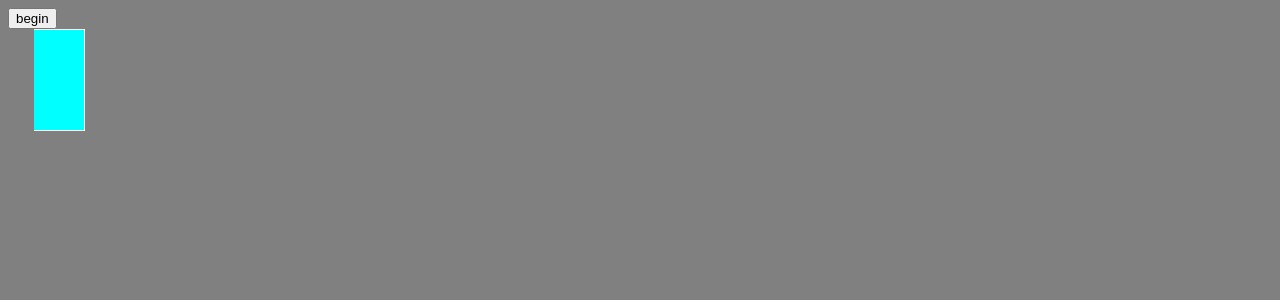
Repository: albinsabu2023/Stopwatch-program
Page: index.html
An editor plug-in stored every save of this project. The page is shown before and after the next save, followed by the edit.
The browser window is 1280 px wide. The pictures show the whole page.
After loading, the first visible `#button` was clicked once.

Above is the page before, as saved 2023-03-03 19:49:46.

After the next save:
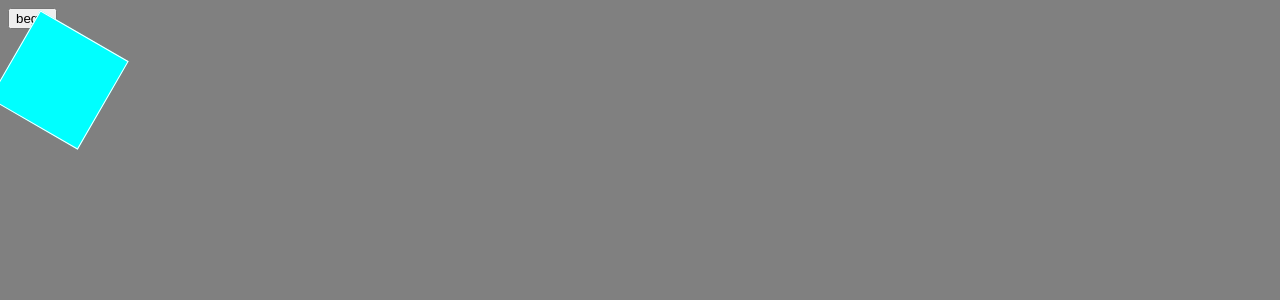
Saved 29 s later.
--- a/index.js
+++ b/index.js
@@ -98,7 +98,7 @@ function move() {
       clearInterval(timer);
     } else {
       degrees += 1;
-      div.style.transform = "rotatey(" + degrees + "deg)";
+      div.style.transform = "rotatez(" + degrees + "deg)";
     }
   }
 }
